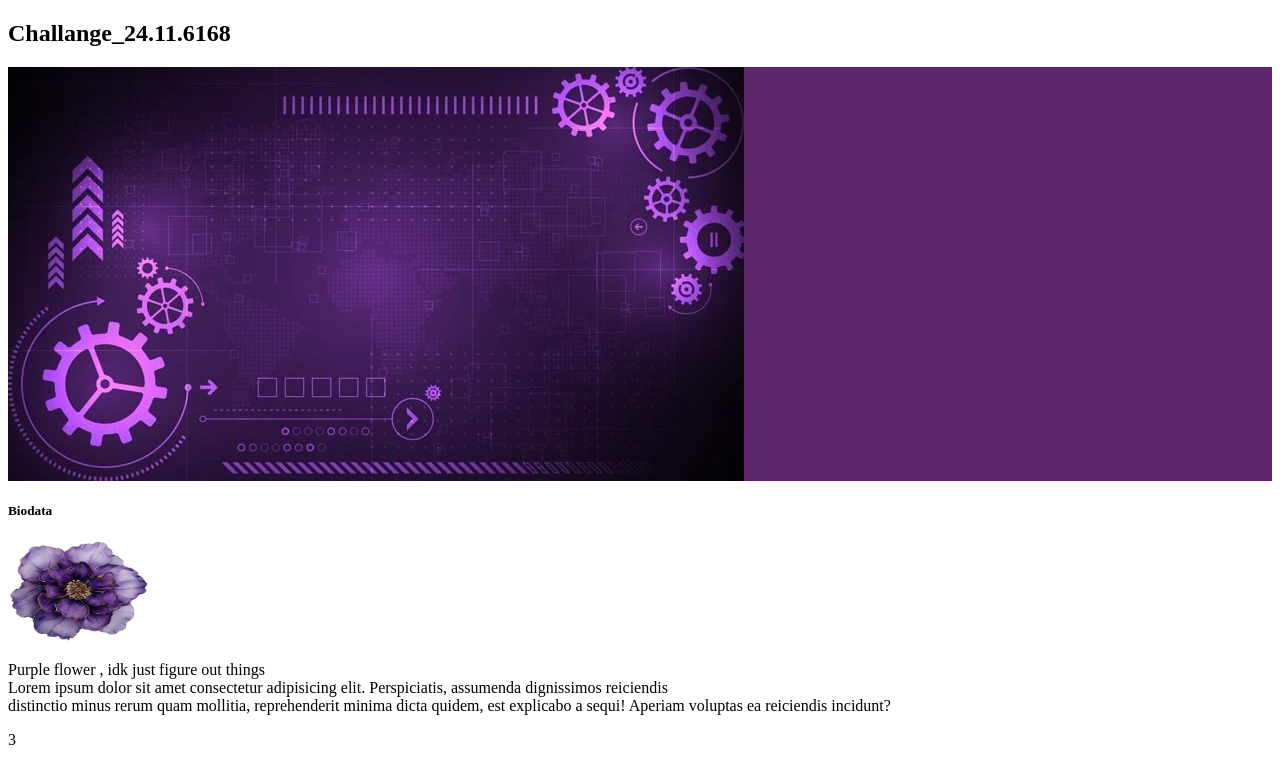
Repository: Ms-Ulfiyahrustam/p5_pemogramanweb
Page: index.html
The author's editor kept a copy of each file at every save. The page is drawn from the files as they stood at one save, then again after the next save.
The browser window is 1280 px wide. The pictures show the whole page.

Above is the page before, as saved 2026-04-27 09:19:25.

### index.html
<!DOCTYPE html>
<html lang="en">
<head>
    <meta charset="UTF-8">
    <meta name="viewport" content="width=device-width, initial-scale=1.0">
    <link rel="stylesheet" href="style.css">
    <title>Document</title>
</head>
<body class="">
    <h2>Challange_24.11.6168</h2>
    <div class="flex-container">
        <img src="download.jpg" alt="">
    </div>
    <div >
        <h5>Biodata</h5>
        <img src="purple.jpg" alt="" width="140" height="100" >
        <p>Purple flower , idk just figure out things <br>
            Lorem ipsum dolor sit amet consectetur adipisicing elit. Perspiciatis, assumenda dignissimos reiciendis  <br>
            distinctio minus rerum quam mollitia, reprehenderit minima dicta quidem, est explicabo a sequi! Aperiam voluptas ea reiciendis incidunt? <br>
        </p>
    </div>
    <div>3</div>
</body>
</html>

### style.css


.flex-container > div {
    background-color : white;
    margin: 10px;
    padding: 20px;
    font-size: 30;
}


.flex-container{
    display: flex;
    background-color: rgb(95, 40, 109);
    margin: auto;
}

.leftside{width:33%;
  float:left;

After the next save:
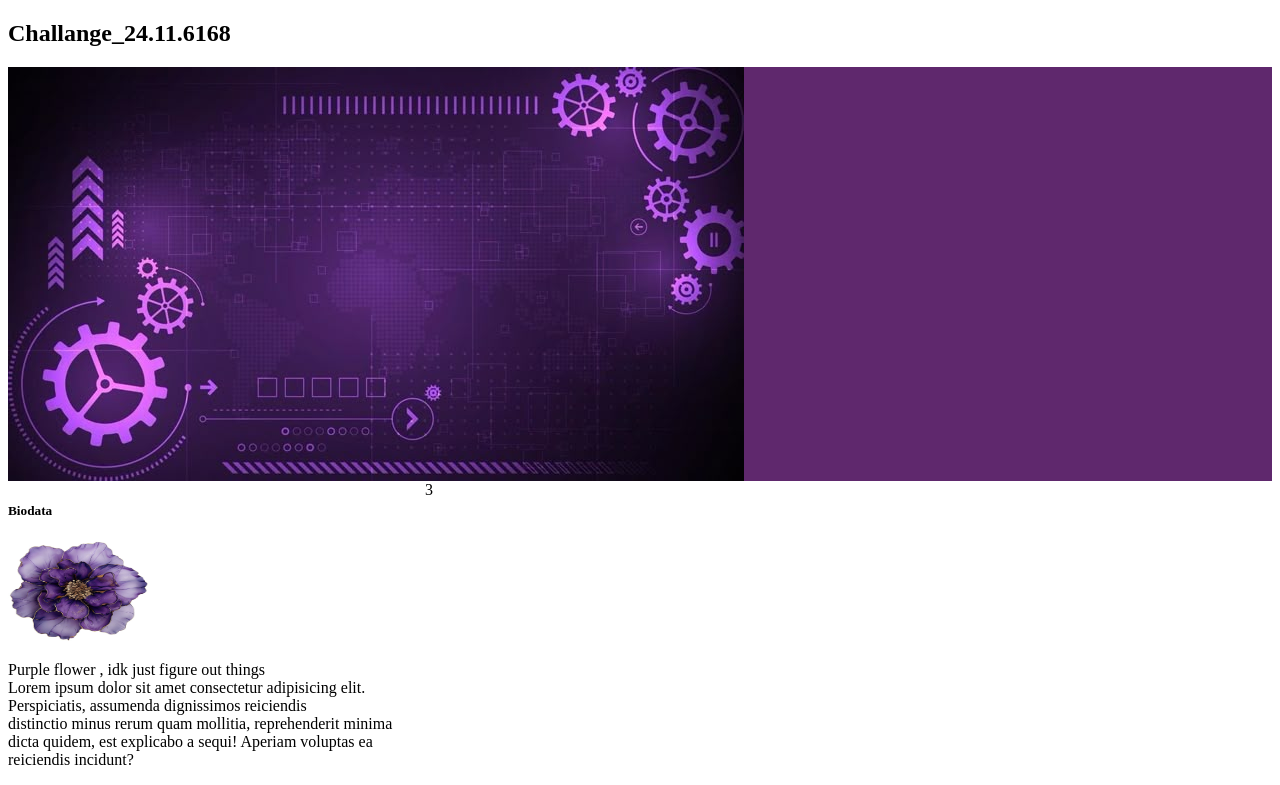
Saved 48 s later.
--- a/index.html
+++ b/index.html
@@ -11,7 +11,7 @@
     <div class="flex-container">
         <img src="download.jpg" alt="">
     </div>
-    <div >
+    <div class="leftside">
         <h5>Biodata</h5>
         <img src="purple.jpg" alt="" width="140" height="100" >
         <p>Purple flower , idk just figure out things <br>
